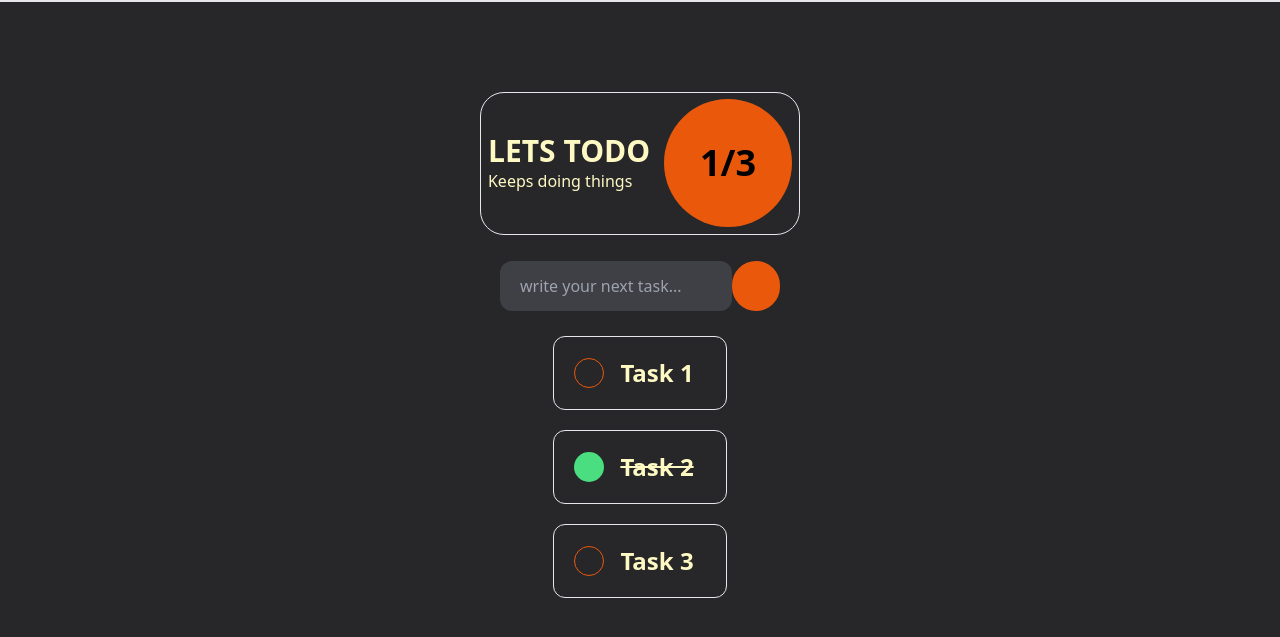
Repository: krayush1109/ToDo_List-React
Page: /
An editor plug-in stored every save of this project. The page is shown before and after a run of saves, followed by the edit.
The browser window is 1280 px wide. The pictures show the whole page.
The project was rebuilt for these pictures with package versions that can differ from the ones it lists, and the page was loaded fresh each time. Also part of the build but not shown: vite.config.js.

Above is the page before, as saved 2024-07-23 00:23:27.

After the next 4 saves:
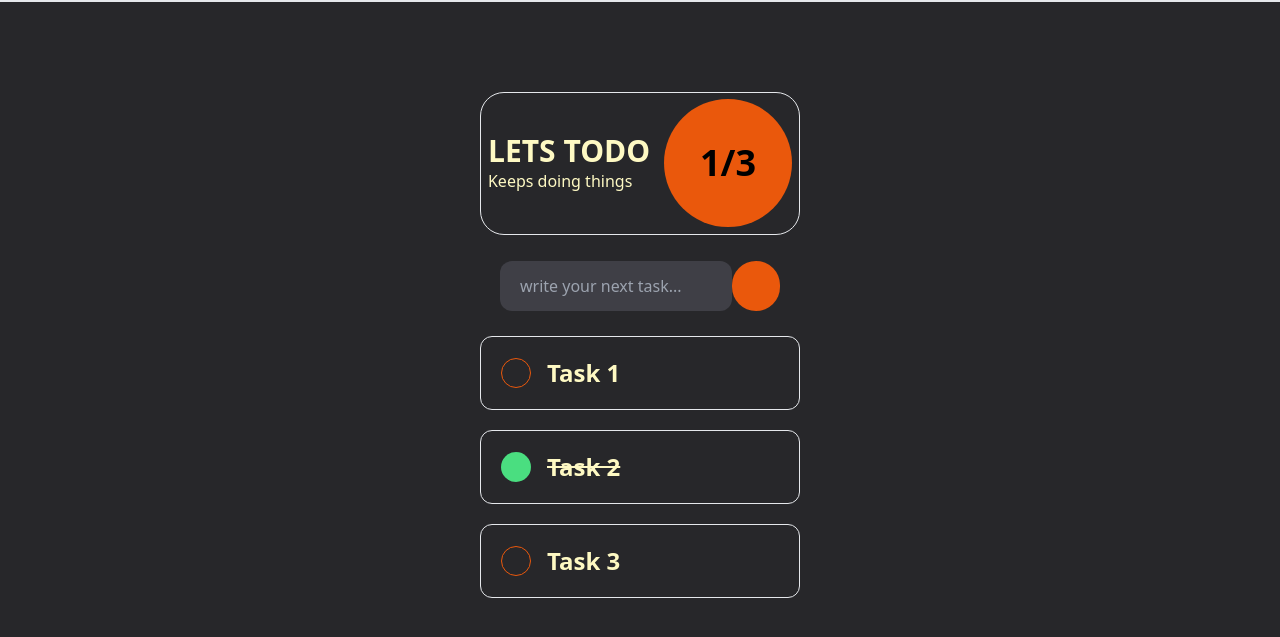
The 4 saves are shown as one change because they came seconds apart.
The last was saved 19 s later.
--- a/src/Components/style_ui.css
+++ b/src/Components/style_ui.css
@@ -37,7 +37,7 @@
 }
 
 .task-list {
-    @apply list-none max-w-[50vmax];
+    @apply list-none w-[25%];
 }
 
 .task-item {
